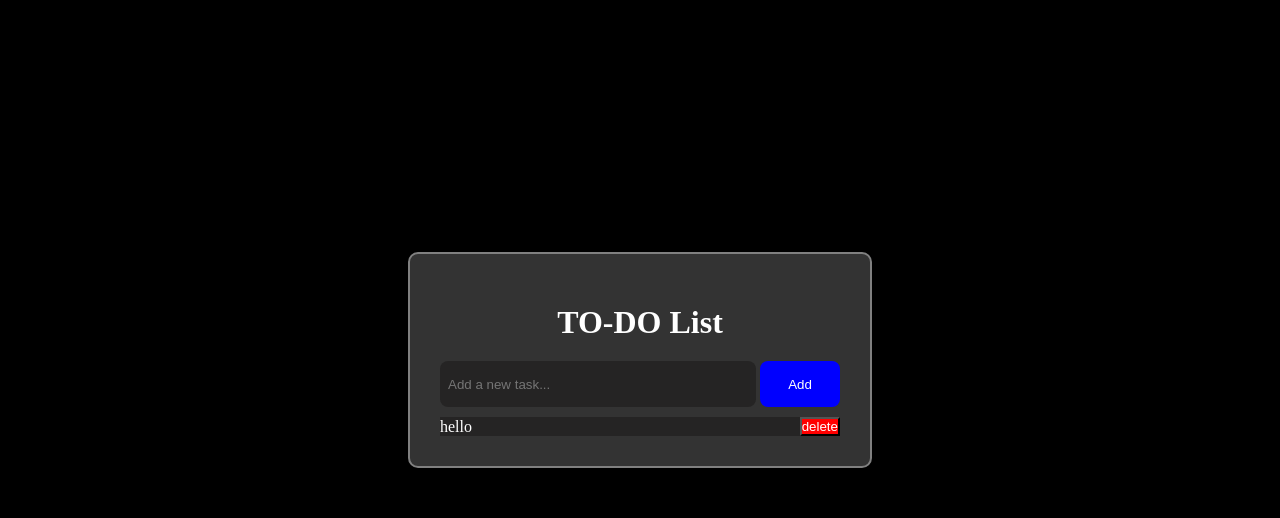
Repository: ksusmitha879-cyber/todo-list
Page: index.html
These files come from the project's save history. The page is drawn as it stood at one moment and after a run of saves; the edit follows.
The browser window is 1280 px wide. The pictures show the whole page.

Above is the page before, as saved 2025-11-28 02:39:18.

### index.html
<!DOCTYPE html>
<html lang="en">
<head>
    <meta charset="UTF-8">
    <meta name="viewport" content="width=device-width, initial-scale=1.0">
    <title>TO-DO List</title>
    <link rel="stylesheet" href="style.css">
</head>
<body>
    <div class="container">
        <h1>TO-DO List</h1>
        <div class="input-container">
            <input type="text" id="todo-input" placeholder="Add a new task..."/>
            <button>Add</button>
        </div>
        <ul id="todo-list">
            <li>
                <span>hello</span>
                <button>delete</button>
            </li>
        </ul>
    </div>
</body>
</html>

### style.css
*{
    margin: 0;
    padding: 0;
    background-color: black;
    color: white;
}

html, body{
    height: 100%;
    display: grid;
    place-items: center;
}
.container{
    padding: 30px;
    background-color: rgb(51, 51, 51);
    width: 400px;
    height: auto;
    border: 2px solid grey;
    border-radius: 10px;
}
h1{
    display: flex;
    align-items: center;
    justify-content: center;
    background-color: rgb(51, 51, 51);
    margin: 20px;
}
.input-container{
    background-color: rgb(51, 51, 51);
    width: 100%;
    display: flex;
    justify-content: space-between;
}
input{
    background-color: #252424;
    color: white;
    width: 75%;
    height: 30px;
    border-radius: 8px;
    border-style: none;
    padding: 8px;
}
.input-container button{
    background-color: blue;
    color: white;
    width: 20%;
    height: auto;
    border-radius: 8px;
    border-style: none;
    padding: 8px;
    cursor: pointer;
}
ul{
    background-color: rgb(51, 51, 51);
}
li{
    background-color: #252424;
    list-style: none;
    margin-top: 10px;
    display: flex;
    align-items: center;
    justify-content: space-between;
    /* border-radius: 8px; */
}
span{
    background-color: #252424;
}
li button{
    background-color: red;
    height: 40%;
}

After the next 2 saves:
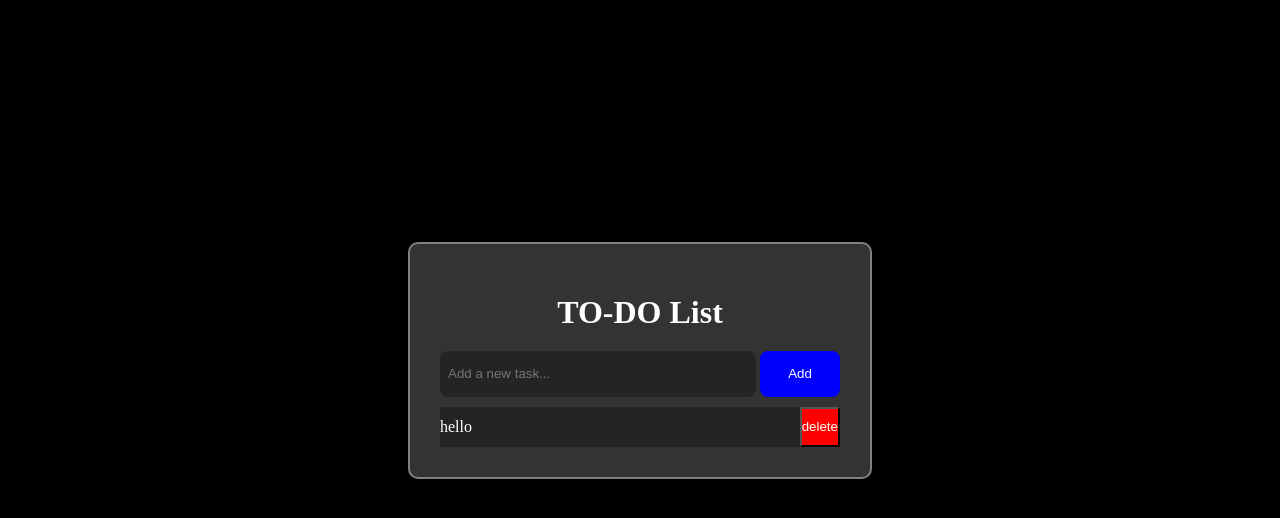
The 2 saves are shown as one change because they came seconds apart.
The last was saved 6 s later.
--- a/style.css
+++ b/style.css
@@ -67,5 +67,5 @@
 }
 li button{
     background-color: red;
-    height: 40%;
+    height: 40px;
 }

After the 3 saves that followed:
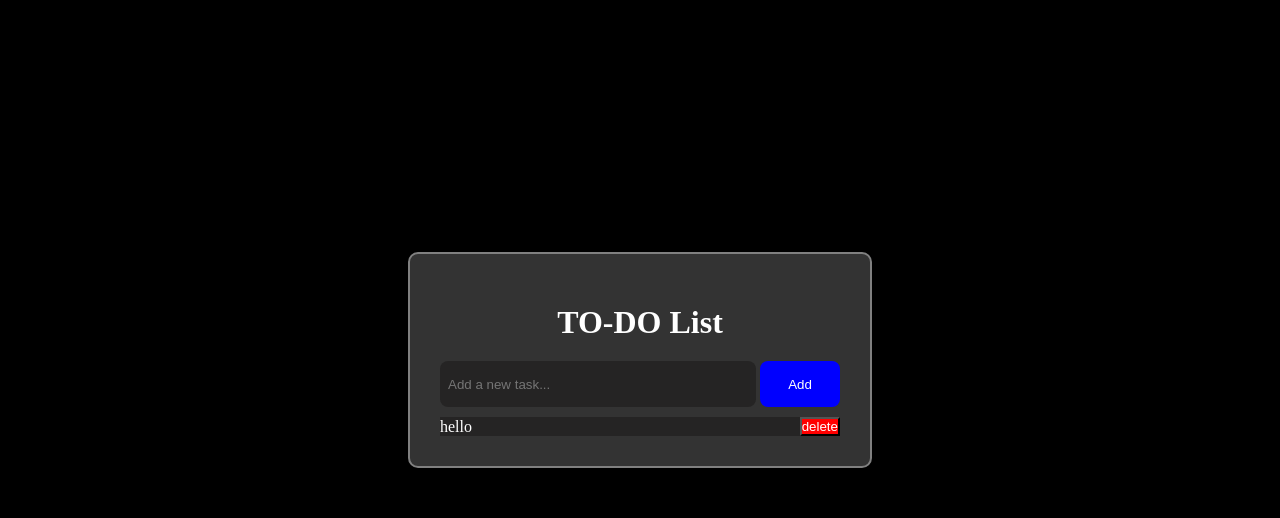
The 3 saves are shown as one change because they came seconds apart.
The last was saved 19 s later.
--- a/style.css
+++ b/style.css
@@ -60,6 +60,7 @@
     display: flex;
     align-items: center;
     justify-content: space-between;
+    height: ;
     /* border-radius: 8px; */
 }
 span{
@@ -67,5 +68,5 @@
 }
 li button{
     background-color: red;
-    height: 40px;
+    /* height: 40px; */
 }
